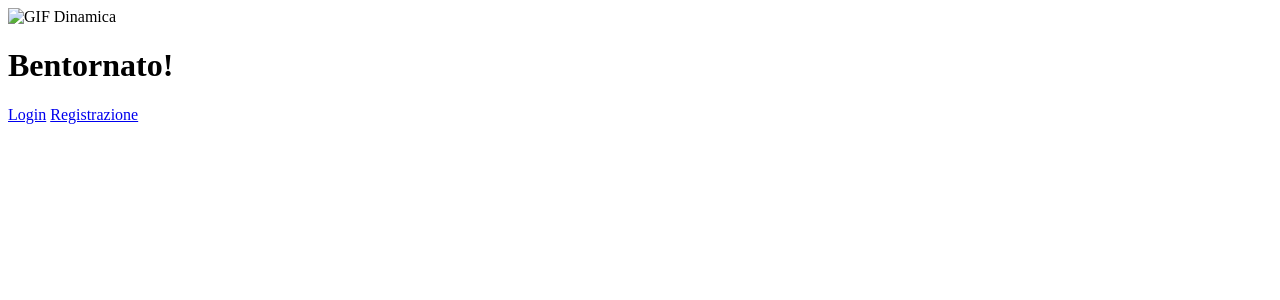
Repository: GabrielCellammare/WebApplication-SA-CyberSecurity
Page: http://localhost/WebProject-CellammareGabriel_ApplicationSecurity_/userNotLogged/index.jsp
An editor plug-in stored every save of this project. The page is shown before and after the next save, followed by the edit.
The browser window is 1280 px wide. The pictures show the whole page.
The page is served by Tomcat 9. Nobody is signed in. The application's start-up code is not run. Other server files are loaded and not shown.

Above is the page before, as saved 2024-01-12 10:54:27.
Not found: WebProject-CellammareGabriel(ApplicationSecurity)/WebProject-CellammareGabriel_ApplicationSecurity_/userNotLogged/path_t
Not found: WebProject-CellammareGabriel(ApplicationSecurity)/WebProject-CellammareGabriel_ApplicationSecurity_/userNotLogged/stile.

### WebProject-CellammareGabriel(ApplicationSecurity)/WebContent/userNotLogged/index.jsp
<%@ page language="java" contentType="text/html; charset=UTF-8" pageEncoding="UTF-8"%>
<!DOCTYPE html>
<html>
<head>
    <meta charset="UTF-8">
    <title>Home Page</title>
    <link rel="stylesheet" type="text/css" href="stile.css">
</head>
<body>
    <div class="container">
        <div class="gif-container">
            <img src="path_to_your_gif.gif" alt="GIF Dinamica">
        </div>
        <div class="panel">
            <h1>Bentornato!</h1>
            <a href="login.jsp" class="button">Login</a>
            <a href="registrazione.jsp" class="button">Registrazione</a>
        </div>
    </div>
</body>
</html>

After the next save:
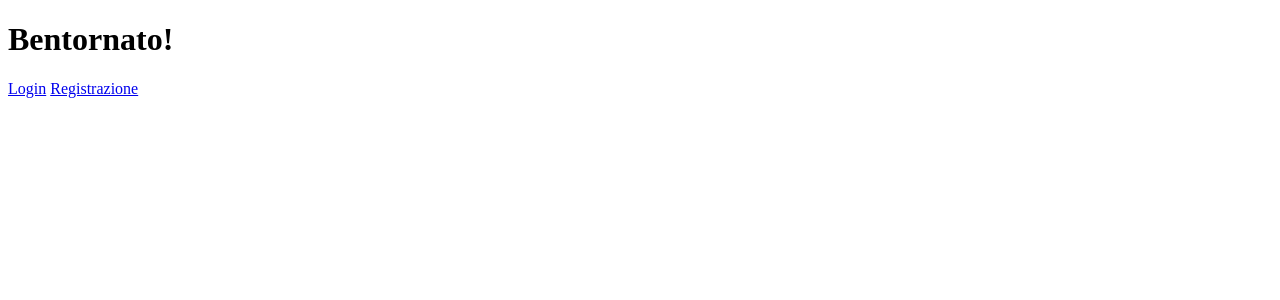
Saved 4 min 41 s later.
--- a/WebProject-CellammareGabriel(ApplicationSecurity)/WebContent/userNotLogged/index.jsp
+++ b/WebProject-CellammareGabriel(ApplicationSecurity)/WebContent/userNotLogged/index.jsp
@@ -8,9 +8,6 @@
 </head>
 <body>
     <div class="container">
-        <div class="gif-container">
-            <img src="path_to_your_gif.gif" alt="GIF Dinamica">
-        </div>
         <div class="panel">
             <h1>Bentornato!</h1>
             <a href="login.jsp" class="button">Login</a>
